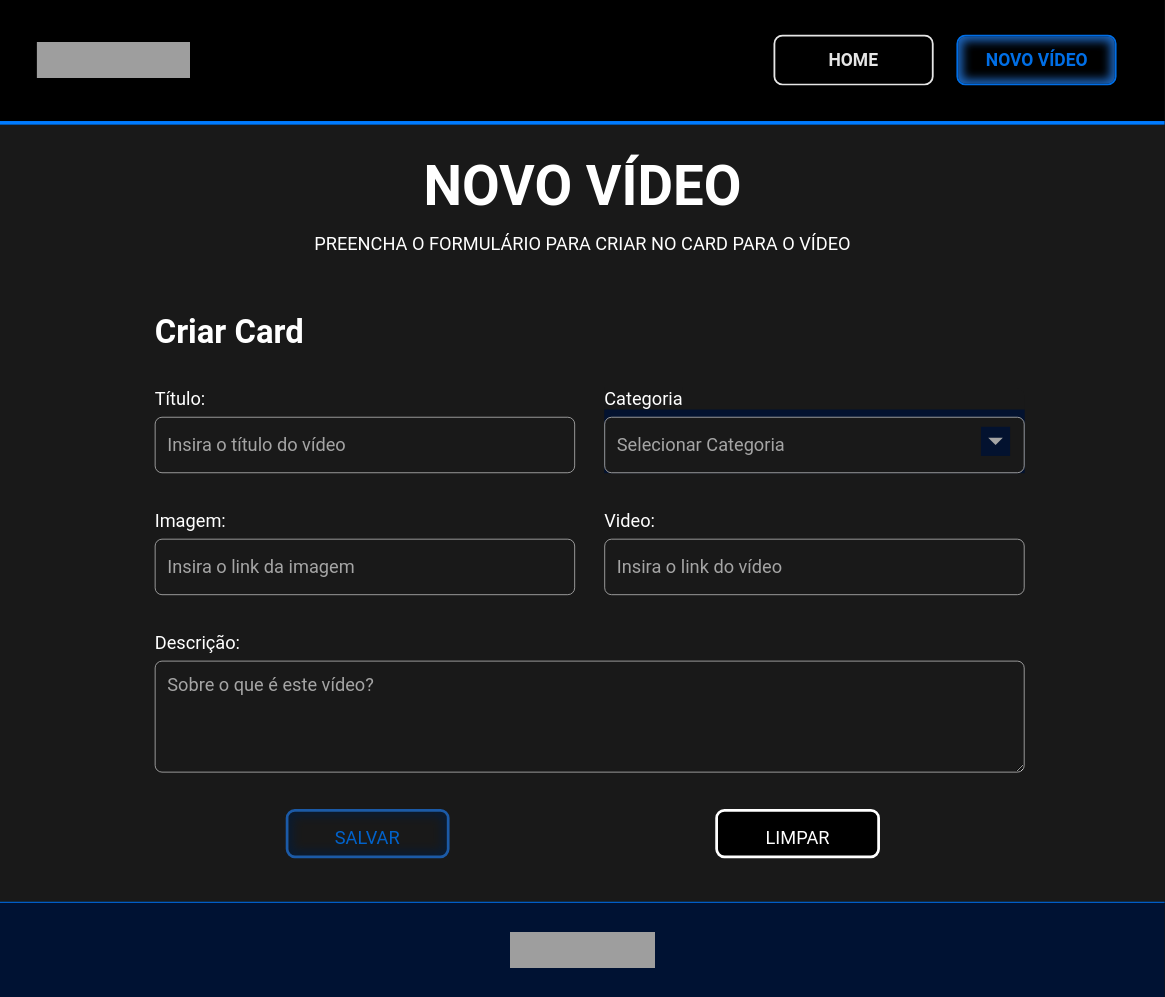
Repository: guilhermecardoso93/aluraflix
Page: /new-video
An editor plug-in stored every save of this project. The page is shown before and after the next save, followed by the edit.
The browser window is 1280 px wide. The pictures show the whole page, at 91% of full size.
Pictures or frames that could not be fetched are drawn as grey boxes. The page's requests for data from a server got no answer. The project was rebuilt for these pictures with package versions that can differ from the ones it lists, and the page was loaded fresh each time. No one was signed in, and anything a server would have sent is missing. Also part of the build but not shown: vite.config.js, src/components/Loading/Loading.css, src/components/Loading/index.jsx, src/components/Banner/Banner.module.css, src/components/Banner/index.jsx, src/components/Notification/Notification.css, src/components/Notification/index.jsx, src/components/Card/Card.css and 9 more.

Above is the page before, as saved 2024-07-09 22:01:36.

### index.html
<!doctype html>
<html lang="es">
  <head>
    <meta charset="UTF-8" />
    <link rel="icon" type="image/svg+xml" href="/Logo.svg" />
    <meta name="viewport" content="width=device-width, initial-scale=1.0" />
    <title>AluraFlix</title>
  </head>
  <body>
    <div id="root"></div>
    <script type="module" src="/src/main.jsx"></script>
  </body>
</html>

### src/App.jsx
import { AppRoutes } from "./routes/Routes";

export function App() {
  return (
    <>
      <AppRoutes />
    </>
  );
}

### src/index.css
* {
  margin: 0;
  font-family: 'Roboto', sans-serif;
  overflow-x: hidden;
  box-sizing: border-box;
}

:root {
  --color-bg: #191919;
  --color-bg-edit: #03122F;
  --color-backend: #00C86F;
  --color-frontend: #6BD1FF;
  --color-inov-gestao: #FFBA05;
  --color-inov-mobile: #cb1bd1;
  --color-error: #FF0000;
  --color-light-gray: #A5A5A5;
  --color-white: #FFFFFF;
  --color-white-smoke: #F5F5F5;
  --color-blue: #007BFF;
  --color-blue-light: #2271D1;
  --color-dark-gray-border: #262626;
  --color-black: #000000;
  --color-brillo: #FFD700;
  --color-button-shadow: #0b223f;
  --color-banner: #001233;
}

body {
  background-color: var(--color-bg);
}

### src/routes/Routes.jsx
import { BrowserRouter, Route, Routes } from "react-router-dom";
import { VideoProvider } from "../Contexts/VideoContext";

import { Home } from "../pages/Home";
import { NewVideo } from "../pages/NewVideo";

import { Header } from "../components/Header";
import { Footer } from "../components/Footer";
import { PageNotFound } from "../pages/PageNotFound";

import "./AppRoutes.css";

export function AppRoutes() {
  return (
    <VideoProvider>
      <BrowserRouter>
        <div className="app-container">
          <Header />
          <div className="content">
            <Routes>
              <Route path="*" element={<PageNotFound />} />
              <Route path="/" element={<Home />} />
              <Route path="/new-video" element={<NewVideo />} />
            </Routes>
          </div>
          <Footer />
        </div>
      </BrowserRouter>
    </VideoProvider>
  );
}

### src/Contexts/VideoContext.jsx
import { createContext, useState, useContext, useEffect } from "react";
import PropTypes from "prop-types";

const VideoContext = createContext();

export const useVideoContext = () => useContext(VideoContext);

export const VideoProvider = ({ children }) => {
  const [videos, setVideos] = useState([]);
  const api =
    "https://my-json-server.typicode.com/guilhermecardoso93/alura-flix-api/videos";

  const fetchVideos = async () => {
    try {
      const response = await fetch(api);
      const data = await response.json();
      setVideos(data);
    } catch (error) {
      console.error("Error fetching videos:", error);
    }
  };

  useEffect(() => {
    fetchVideos();
  }, []);

  const addVideo = (video) => {
    setVideos((prevVideos) => [
      ...prevVideos,
      { ...video, id: prevVideos.length + 1 },
    ]);
  };

  const updateVideo = (updatedVideo) => {
    setVideos((prevVideos) =>
      prevVideos.map((video) =>
        video.id === updatedVideo.id ? updatedVideo : video
      )
    );
  };

  const deleteVideo = (videoId) => {
    setVideos((prevVideos) =>
      prevVideos.filter((video) => video.id !== videoId)
    );
  };

  return (
    <VideoContext.Provider
      value={{ videos, addVideo, updateVideo, deleteVideo }}
    >
      {children}
    </VideoContext.Provider>
  );
};

VideoProvider.propTypes = {
  children: PropTypes.node.isRequired,
};

### src/components/Header/index.jsx
import { Link, NavLink } from "react-router-dom";
import logo from "../../assets/logo.png";
import styles from "./Header.module.css";

export function Header() {
  return (
    <header className={styles.header}>
      <Link to="/">
        <section className={styles.logoContainer}>
          <img src={logo} alt="Logo Alura Flix" />
        </section>
      </Link>
      <nav className={styles.nav}>
        <div className={styles.navLinks}>
          <NavLink
            to="/"
            className={({ isActive }) =>
              isActive ? `${styles.link} ${styles.activeLink}` : styles.link
            }
          >
            Home
          </NavLink>

          <NavLink
            to="/new-video"
            className={({ isActive }) =>
              isActive ? `${styles.link} ${styles.activeLink}` : styles.link
            }
          >
            Novo Vídeo
          </NavLink>
        </div>
      </nav>
    </header>
  );
}

### src/components/Footer/index.jsx
import { styled } from "styled-components";
import logo from "../../assets/logo.png";

export function Footer() {
  return (
    <FooterContainer>
      <img src={logo} alt="Logo Aluraflix" />
    </FooterContainer>
  );
}

const FooterContainer = styled.footer`
  background-color: var(--color-banner);
  padding: 2rem 0;
  border-top: 1px solid var(--color-blue);

  display: flex;
  align-items: center;
  justify-content: center;

  img {
    width: 10rem;
  }
`;

### src/routes/AppRoutes.css
.app-container {
    display: flex;
    flex-direction: column;
    min-height: 100vh;
    position: relative;
}

.content {
    flex: 1;
}

.footer-bar, footer {
    width: 100%;
    bottom: 0;
}

### src/components/OptionList/index.jsx
import { useState, useRef, useEffect } from "react";
import { IoMdArrowDropdown } from "react-icons/io";

import "./OptionList.css";

export function OptionList({ value, onChange, options, classe, classe2 }) {
  const [isOpen, setIsOpen] = useState(false);
  const dropdownRef = useRef(null);

  const handleToggleDropdown = () => {
    setIsOpen(!isOpen);
  };

  const handleSelectOption = (option) => {
    onChange({ target: { name: "category", value: option } });
    setIsOpen(false);
  };

  const handleClickOutside = (event) => {
    if (dropdownRef.current && !dropdownRef.current.contains(event.target)) {
      setIsOpen(false);
    }
  };

  useEffect(() => {
    document.addEventListener("mousedown", handleClickOutside);
    return () => {
      document.removeEventListener("mousedown", handleClickOutside);
    };
  }, []);

  return (
    <div className="option-list" ref={dropdownRef}>
      <label>Categoria</label>
      <div className="input-with-icon" onClick={handleToggleDropdown}>
        <div className={`${classe}`}>{value || "Selecionar Categoria"}</div>
        <IoMdArrowDropdown className="dropdown-icon dropdown-icon-video" />
      </div>
      {isOpen && (
        <ul className="dropdown-options">
          {options.map((option) => (
            <li
              key={option.id}
              className={`${classe2}`}
              onClick={() => handleSelectOption(option.name)}
            >
              {option.name}
            </li>
          ))}
        </ul>
      )}
    </div>
  );
}

### src/components/Button/index.jsx
import "./Button.css";

export function Button({ type, label, onClick, disabled, buttonType }) {
  return (
    <button
      type={type}
      className={`form-button ${buttonType}`}
      onClick={onClick}
      disabled={disabled}
    >
      {label}
    </button>
  );
}

### src/pages/NewVideo/NewVideo.css
.container__new-video {
    display: flex;
    flex-direction: column;
    align-items: center;
    justify-content: center;
    color: var(--color-white);
    width: 100%;
    max-width: 64.75rem;
    padding: 2rem;
    margin: 0 auto;
    gap: 2rem;
    background-color: (--color-bg)
}

.new-video__header {
    text-align: center;
}

.new-video__title {
    font-size: 3.75rem;
    font-weight: 700;
    margin-bottom: 1rem;
}

.new-video__description {
    font-size: 1.25rem;
    font-weight: 400;
    margin-bottom: 2rem;
    background-color: transparent;
}

.new-video__form {
    display: flex;
    flex-direction: column;
    align-items: center;
    width: 100%;
    max-width: 73.25rem;
}

.form-section {
    display: flex;
    justify-content: space-between;
    width: 100%;
    margin-bottom: 1.5rem;
}

.form-section__left,
.form-section__right {
    flex: 1;
    margin: 0 1rem;
}

.form-section__left:last-child,
.form-section__right:last-child {
    margin-right: 0;
}

.new-video__form-title {
    font-size: 2.25rem;
    font-weight: 700;
    margin-bottom: 1rem;
}

.new-video__form-label {
    display: block;
    margin-bottom: 0.4rem;
    font-size: 1.25rem;
}

.new-video__form-label.error-label {
    color: var(--color-error);
}

.new-video__form-input {
    margin-top: 0.5rem;
    width: 100%;
    padding: 0.8rem;
    font-size: 1.25rem;
    border: 1px solid var(--color-light-gray) !important;
    border-radius: 0.5rem;
    background-color: var(--color-bg);
    margin-bottom: 1rem;
    outline: none;
    transition: border-color 0.3s ease;
    min-height: 3.875rem;
    display: flex;
    align-items: center;
    color: var(--color-light-gray);
    box-sizing: border-box;
    resize: none;
}

.new-video__form-input::placeholder {
    color: var(--color-light-gray);
}

.new-video__form-option {
    margin-bottom: 0;
    overflow-x: visible !important;
}

.new-video-page * {
    overflow-x: initial;
}


.new-video__dropdown-option {
    padding: 0.5rem;
    cursor: pointer;
    transition: background-color 0.3s ease;
    color: var(--color-white-smoke);
    position: relative;
    background-color: var(--color-bg);
    margin-top: 0;
    overflow-x: visible;
}

.new-video__dropdown-option:hover {
    background-color: var(--color-blue);
    color: var(--color-white);
    font-weight: bold;
}

.new-video__form-input.error::placeholder {
    color: var(--color-error);
}

.new-video__form-input.error {
    border-color: var(--color-error);
}

.new-video__form-input:focus {
    border-color: var(--color-frontend);
    outline: none;
}

.new-video__form-textarea {
    width: 100%;
    padding: 0.8rem;
    font-size: 1.25rem;
    border: 1px solid var(--color-light-gray);
    border-radius: 0.5rem;
    color: var(--color-white);
    resize: vertical;
}

.error-message {
    color: var(--color-error);
    font-size: 1rem;
    background-color: transparent;
}


/* *MEDIA QUERIES */
@media screen and (max-width: 768px) {
    .new-video__title {
        font-size: 2.5rem;
    }

    .new-video__description {
        font-size: 0.938rem;
    }

    .new-video__form {
        max-width: 100%;
    }

    .new-video__form-title {
        font-size: 2.25rem;
    }

    .form-section {
        display: flex;
        flex-direction: column;
    }

    .form-section__left,
    .form-section__right {
        margin: 0;
    }

}

### src/components/Header/Header.module.css
.header {
    display: flex;
    justify-content: space-between;
    align-items: center;
    padding: 2.4rem 2.5rem;
    background-color: var(--color-black);
    border-bottom: 4px solid var(--color-blue);
}

a {
    text-decoration: none;
}

img {
    width: 169px;
    height: 40px;
}

.logoContainer {
    height: auto;
    display: flex;
    align-items: center;
    background-color: var(--color-black);
}

.nav {
    display: flex;
    justify-content: space-around;
    align-items: center;
    background-color: var(--color-black);
}

.navLinks {
    display: flex;
    justify-content: space-around;
    background-color: var(--color-black);
}

.menuIcon {
    display: none;
}

.link {
    font-weight: bold;
    padding: 0.85rem;
    color: var(--color-white);
    border-radius: 0.625rem;
    border: 2px solid var(--color-white);
    margin: 0 0.8rem;
    text-decoration: none;
    text-align: center;
    opacity: 0.9;
    display: flex;
    align-items: center;
    justify-content: center;
    width: 9.35rem;

    background-color: transparent;
    color: #fff;

    width: 11rem;
    height: 3.5rem;

    border: solid 2px #fff;
    border-radius: 10px;

    font-size: 1.2rem;
    text-transform: uppercase;
}

.link:hover {
    filter: brightness(1.4);
    color: var(--color-blue-light);
}

.activeLink {
    color: var(--color-blue);
    border: 2px solid var(--color-blue);
    border-radius: 0.625rem;
    box-shadow: inset 0 0 10px 5px var(--color-blue-light);
}

@media (max-width: 600px) {
    .link {
        border-radius: 0;
        border: none;
        border-bottom: 2px solid var(--color-white);
    }

    .link:hover {
        color: var(--color-blue-light);
        border-bottom: 2px solid var(--color-blue-light);
    }

    .activeLink {
        border-bottom: 2px solid var(--color-blue);
    }
}

### src/components/Modal/Modal.css
.modal-overlay {
    position: fixed;
    top: 0;
    left: 0;
    right: 0;
    bottom: 0;
    background-color: rgba(0, 0, 0, 0.7);
    display: flex;
    justify-content: center;
    align-items: center;
    z-index: 1000;
    overflow-y: auto;
    padding: 2rem;
}

.modal-content {
    background: var(--color-bg-edit);
    border: 3px solid var(--color-frontend);
    padding: 2.25rem;
    border-radius: 0.938rem;
    max-width: 50rem;
    width: 100%;
    max-height: 78.5rem;
    position: relative;
    display: flex;
    flex-direction: column;
    overflow: visible;
    align-items: center;
    margin-top: auto;
    gap: 1rem;
}

.close-icon {
    position: absolute;
    top: 2rem;
    right: 2rem;
    cursor: pointer;
    font-size: 3.25rem;
    color: var(--color-white);
    background: var(--color-bg-edit);
}

.modal-content h1 {
    font-size: clamp(2rem, 3.4vw, 3.75rem);
    color: var(--color-blue-light);
    background: var(--color-bg-edit);
    width: 100%;
    max-width: 35.813rem;
    align-self: center;
    text-align: left;
}

.modal-form {
    display: flex;
    flex-direction: column;
    gap: 1.25rem;
    background: var(--color-bg-edit);
    align-self: center;
    text-align: left;
    max-width: 35.813rem;
    width: 100%;
}

.modal-form label {
    display: flex;
    flex-direction: column;
    font-size: 1.25rem;
    color: var(--color-white);
    background: var(--color-bg-edit);

}

.modal-form-input {
    background: var(--color-bg-edit);
    color: var(--color-light-gray);
    margin-top: 0.5rem;
    border: 3px solid var(--color-blue-light);
    width: 100%;
    padding: 10px;
    border-radius: 10px;
    box-sizing: border-box;
    resize: none;
    overflow: hidden;
    margin-bottom: 1rem;
    outline: none;
    transition: border-color 0.3s ease;
    min-height: 3.875rem;
    display: flex;
    align-items: center;
}

.modal-form-input:focus {
    background: var(--color-bg-edit) !important;
    outline: none;
}

.input-with-icon {
    display: flex;
    align-items: center;
    position: relative;
    background: var(--color-bg-edit) !important;
}

.input-with-icon .modal-form-input {
    padding-right: 2.5rem;
}

.input-with-icon .dropdown-icon {
    position: absolute;
    top: 50%;
    right: 1rem;
    transform: translateY(-50%);
    font-size: 2rem;
    color: var(--color-light-gray);
    background: var(--color-bg-edit) !important;
}

.modal-form-option {
    background: var(--color-bg-edit) !important;
    border: 3px solid var(--color-blue-light) !important;
}

.dropdown-option {
    padding: 0.5rem;
    cursor: pointer;
    transition: background-color 0.3s ease;
    color: var(--color-white-smoke);
    position: relative;
    background: var(--color-bg-edit) !important;
    margin-top: 0;
}

.dropdown-option:hover {
    background-color: var(--color-blue);
    color: var(--color-white);
    font-weight: bold;
}

.modal-form-textarea {
    width: 100%;
    max-height: 8rem;
    min-height: 3.875rem;
    padding: 0.8rem;
    resize: vertical;
}

.modal-form-input.error {
    border-color: var(--color-error) !important;
    color: var(--color-error) !important;
}

.selected-value.error {
    border-color: var(--color-error) !important;
}

.error-message {
    color: var(--color-error) !important;
    background: var(--color-bg-edit);
    font-size: 0.875rem;
}

/* *Media queries* */
@media screen and (max-width: 768px) {
    .modal-overlay {
        padding: 3rem 1rem 6rem 1rem;
    }

    .modal-content {
        padding: 1rem;
    }

    .close-icon {
        height: 4.375rem;
        gap: 1rem;
    }

    .modal-content h1 {
        font-size: 2rem;
        margin-top: 4rem;
    }
}

### src/components/OptionList/OptionList.css
.option-list {
    position: relative;
    border-radius: 10px;
    overflow-x: visible;
    background: var(--color-bg);
}

.option-list label {
    font-size: 1.25rem;
    background: var(--color-bg);
}

.input-with-icon {
    position: relative;
    width: 100%;
    background: var(--color-bg) !important;
}

.input-with-icon .selected-value {
    color: var(--color-light-gray);
    height: 3.875rem;
    border-radius: 10px;
    margin-top: 0.5rem;
    outline: none;
    display: flex;
    justify-content: space-between;
    align-items: center;
    max-width: 35.813rem;
    width: 100%;
    box-sizing: border-box;
    margin-bottom: 0;
    background: var(--color-bg);
}

.input-with-icon .dropdown-icon {
    font-size: 2rem;
    color: var(--color-light-gray);
    cursor: pointer;
    position: absolute;
    top: 50%;
    right: 1rem;
    transform: translateY(-50%);
    z-index: 1;
    background: var(--color-bg) !important;
}

.dropdown-options {
    position: absolute;
    left: 0;
    width: 100%;
    z-index: 1000;
    overflow-y: hidden;
    padding: 0;
    box-shadow: 0 8px 16px rgba(0, 0, 0, 0.2);
    border: 0.5px solid var(--color-white);
    border-radius: 0 0 10px 10px;
    background: var(--color-bg);
}

.input-with-icon.open .dropdown-options {
    display: block;
}

### src/components/Button/Button.css
.new-video__form-buttons {
    display: flex;
    justify-content: space-between;
    margin: auto;
    background: transparent;
    width: 100%;
    max-width: 40.813rem;
    font-size: 1.25rem;
}

.form-button {
    max-width: 11.258rem;
    max-height: 3.375rem;
    width: 100%;
    padding: 1rem ;
    cursor: pointer;
    background: var(--color-black);
    border-radius: 10px;
    font-size: 1.25rem;
    margin-bottom: 1rem;
    overflow: hidden;

}

.form-button--save {
    color: var(--color-blue);
    border: 3px solid var(--color-blue-light);
    box-shadow: inset 0 0 10px 5px var(--color-button-shadow);
    filter: brightness(1.3);
}

.form-button--save:hover {
    filter: brightness(1.3);
}

.form-button--cancel {
    color: var(--color-white);
    border: 3px solid var(--color-white);
}

.form-button--cancel:hover {
    filter: brightness(1.3);
}

.form-button:disabled {
    background-color: var(--color-light-gray);
    background: transparent;
    filter: brightness(0.8);
    cursor: not-allowed;
}

/* *Media queries* */
@media screen and (max-width: 768px) {
    .new-video__form-buttons {
        display: flex;
        flex-direction: column;
        justify-content: center;
        align-items: center;
        margin: 0 1rem 1rem 1rem;
    }
}

Loaded but not shown: src/main.jsx (common file); src/utils/ValidateForm.js (59 lines, source omitted); src/data/CategoryData.js (22 lines, source omitted); src/pages/NewVideo/index.jsx (281 lines, source omitted)

After the next save:
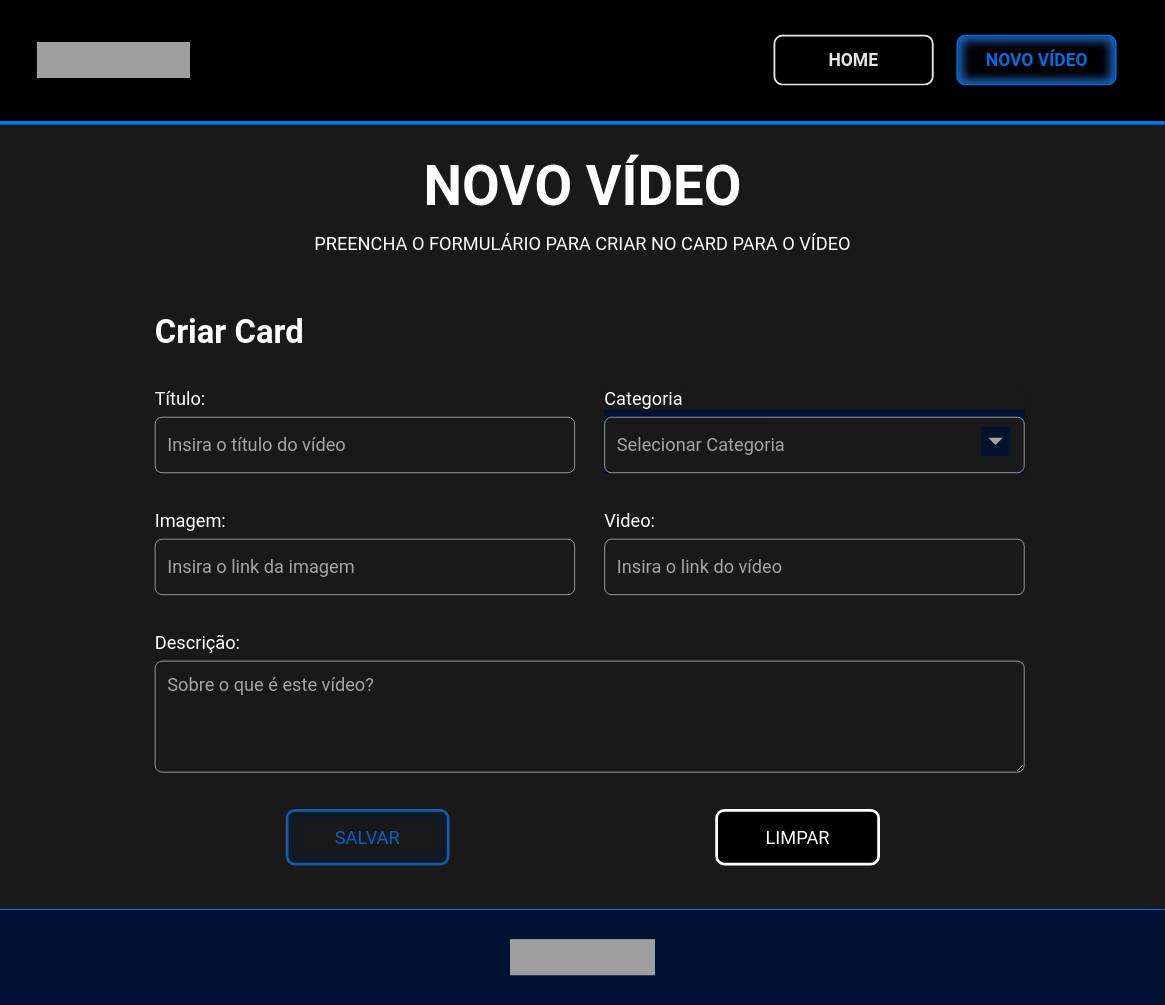
Saved 30 s later.
--- a/src/components/Button/Button.css
+++ b/src/components/Button/Button.css
@@ -10,16 +10,15 @@
 
 .form-button {
     max-width: 11.258rem;
-    max-height: 3.375rem;
+    max-height: 4.375rem;
     width: 100%;
-    padding: 1rem ;
+    padding: 1rem;
     cursor: pointer;
     background: var(--color-black);
     border-radius: 10px;
     font-size: 1.25rem;
     margin-bottom: 1rem;
     overflow: hidden;
-
 }
 
 .form-button--save {
